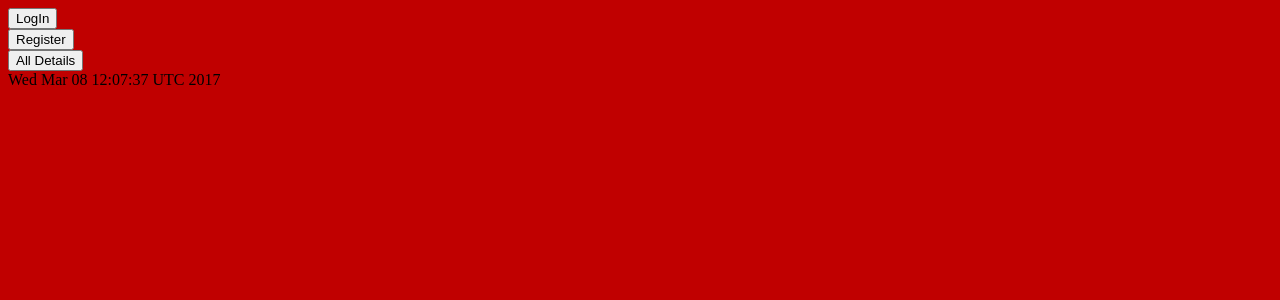
Repository: iamvinayhv/Servlet
Page: http://localhost/EmployeeApp/jsp/welcome.jsp
An editor plug-in stored every save of this project. The page is shown before and after the next save, followed by the edit.
The browser window is 1280 px wide. The pictures show the whole page.
The page is served by Tomcat 9.

Above is the page before, as saved 2017-03-09 13:41:59.

After the next save:
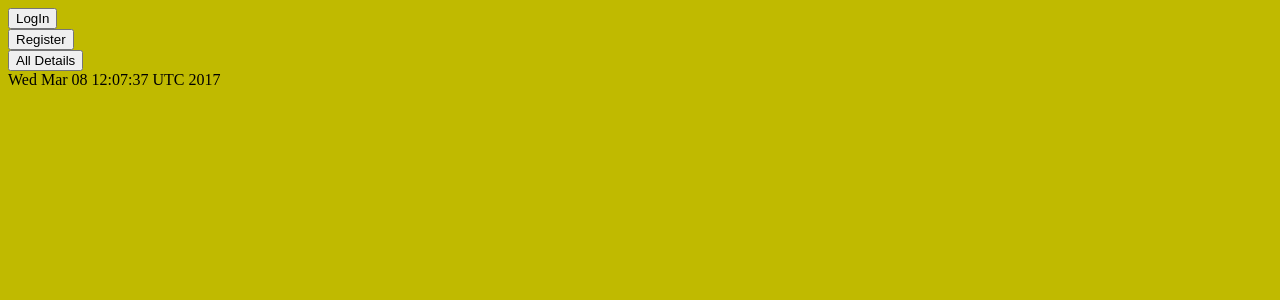
Saved 25 s later.
--- a/EmployeeApp/WebContent/jsp/welcome.jsp
+++ b/EmployeeApp/WebContent/jsp/welcome.jsp
@@ -6,7 +6,7 @@
 <meta http-equiv="Content-Type" content="text/html; charset=UTF-8">
 <title>Insert title here</title>
 </head>
-<body bgcolor="cyon">
+<body bgcolor="cobalt">
 
 <a href="login.jsp">
 <input type="submit" value="LogIn"><br/></a>
